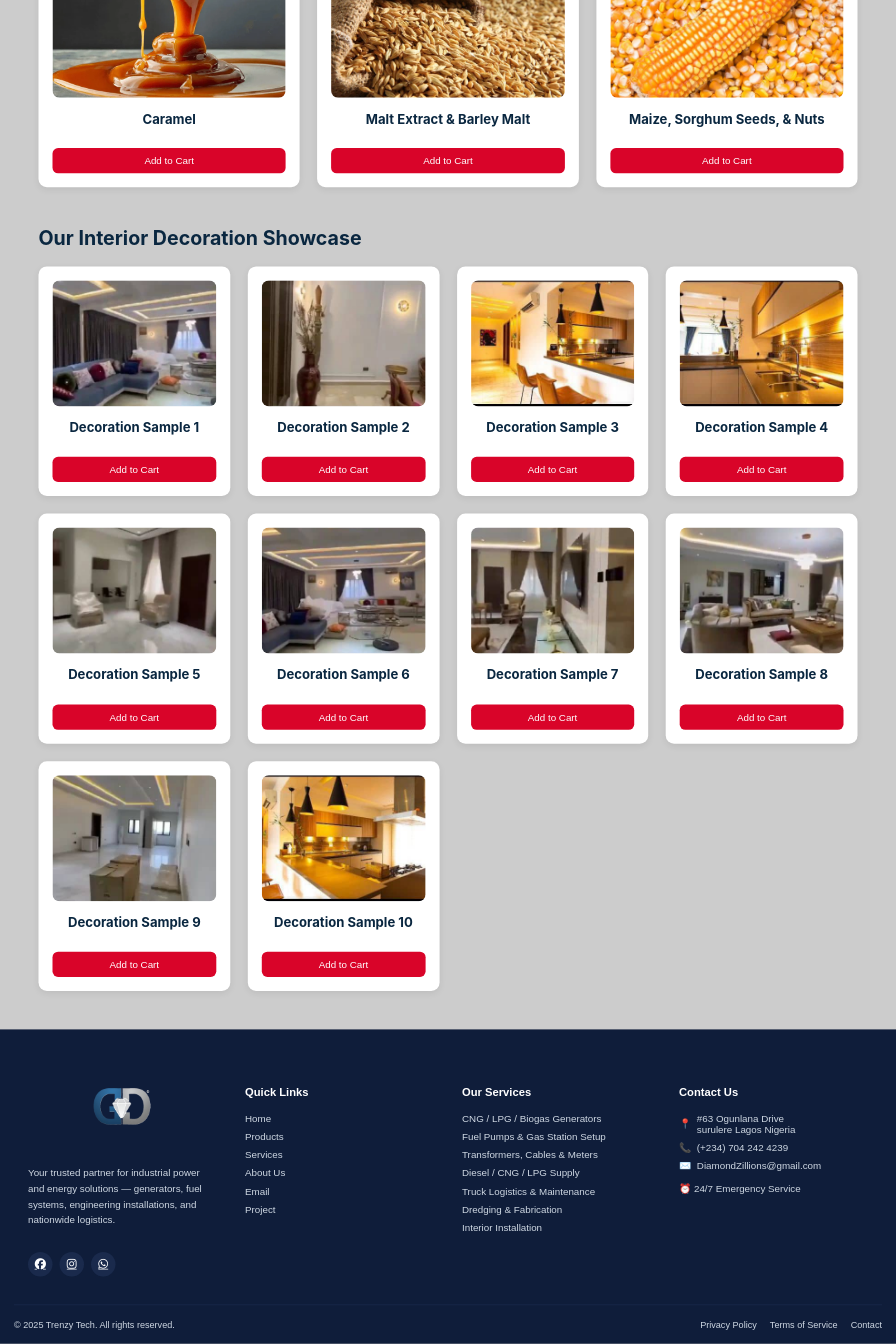
Repository: trenzyfx1/Discover-Diamond-Zillions-Nigeria-Limited
Page: pages/products.html
The author's editor kept a copy of each file at every save. The page is drawn from the files as they stood at one save, then again after the next save.
The browser window is 1280 px wide. The pictures show the part of the page from y = 3401 to 5321 px (the page is 5321 px tall before and 5298 px after), at 70% of full size.

Above is the page before, as saved 2025-12-29 15:38:20.
Console error: TypeError: Cannot read properties of null (reading 'querySelector')

After the next save:
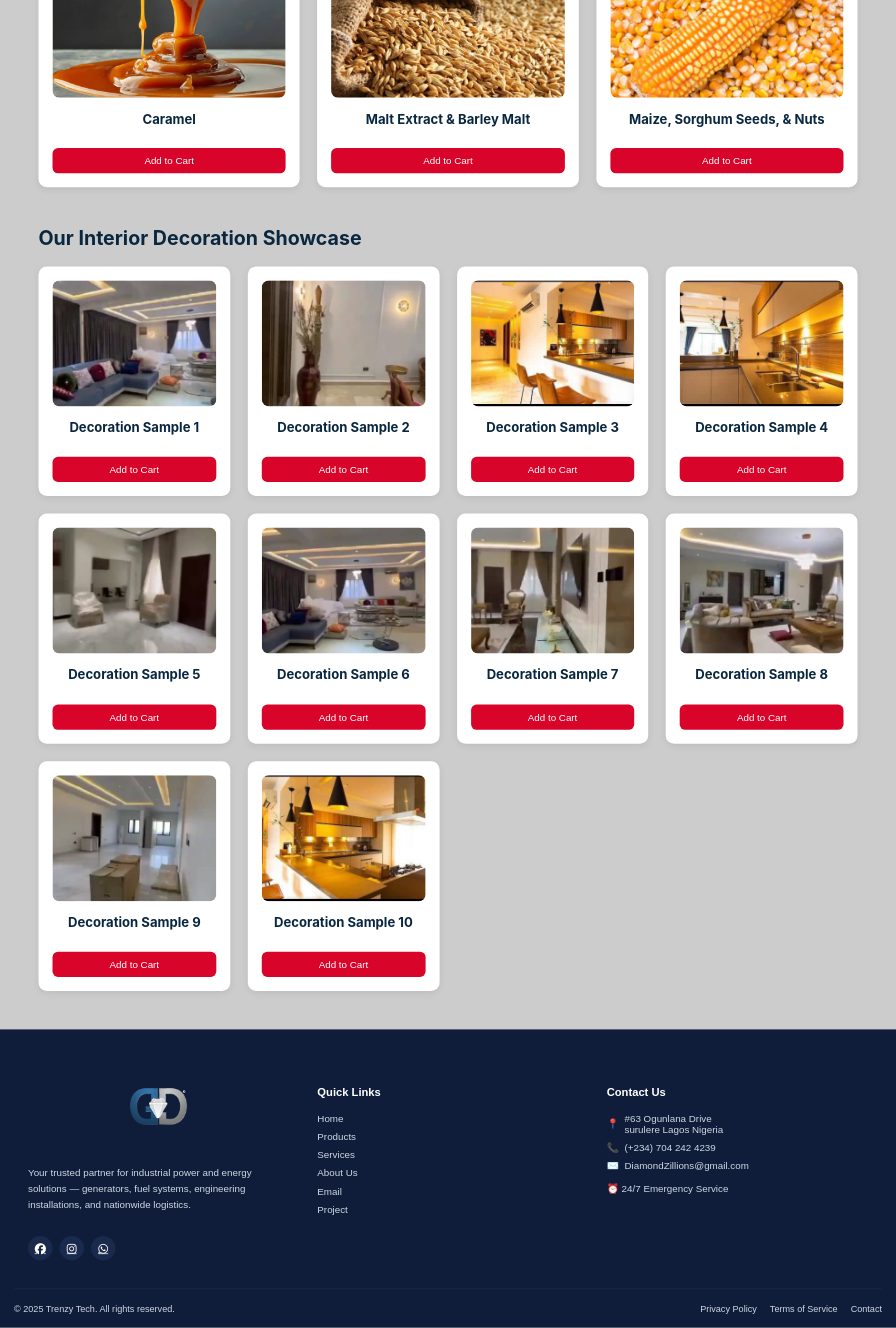
Saved 8 s later.
--- a/pages/products.html
+++ b/pages/products.html
@@ -444,16 +444,7 @@
                 <a href="./project.html">Project</a>
             </nav>
 
-            <div class="footer-services" aria-label="our services">
-                <h4>Our Services</h4>
-                <a href="/">CNG / LPG / Biogas Generators</a>
-                <a href="/">Fuel Pumps & Gas Station Setup</a>
-                <a href="/">Transformers, Cables & Meters</a>
-                <a href="/">Diesel / CNG / LPG Supply</a>
-                <a href="/">Truck Logistics & Maintenance</a>
-                <a href="/">Dredging & Fabrication</a>
-                <a href="/">Interior Installation</a>
-            </div>
+
 
             <div class="footer-contact" aria-label="contact us">
                 <h4>Contact Us</h4>

After the save that followed:
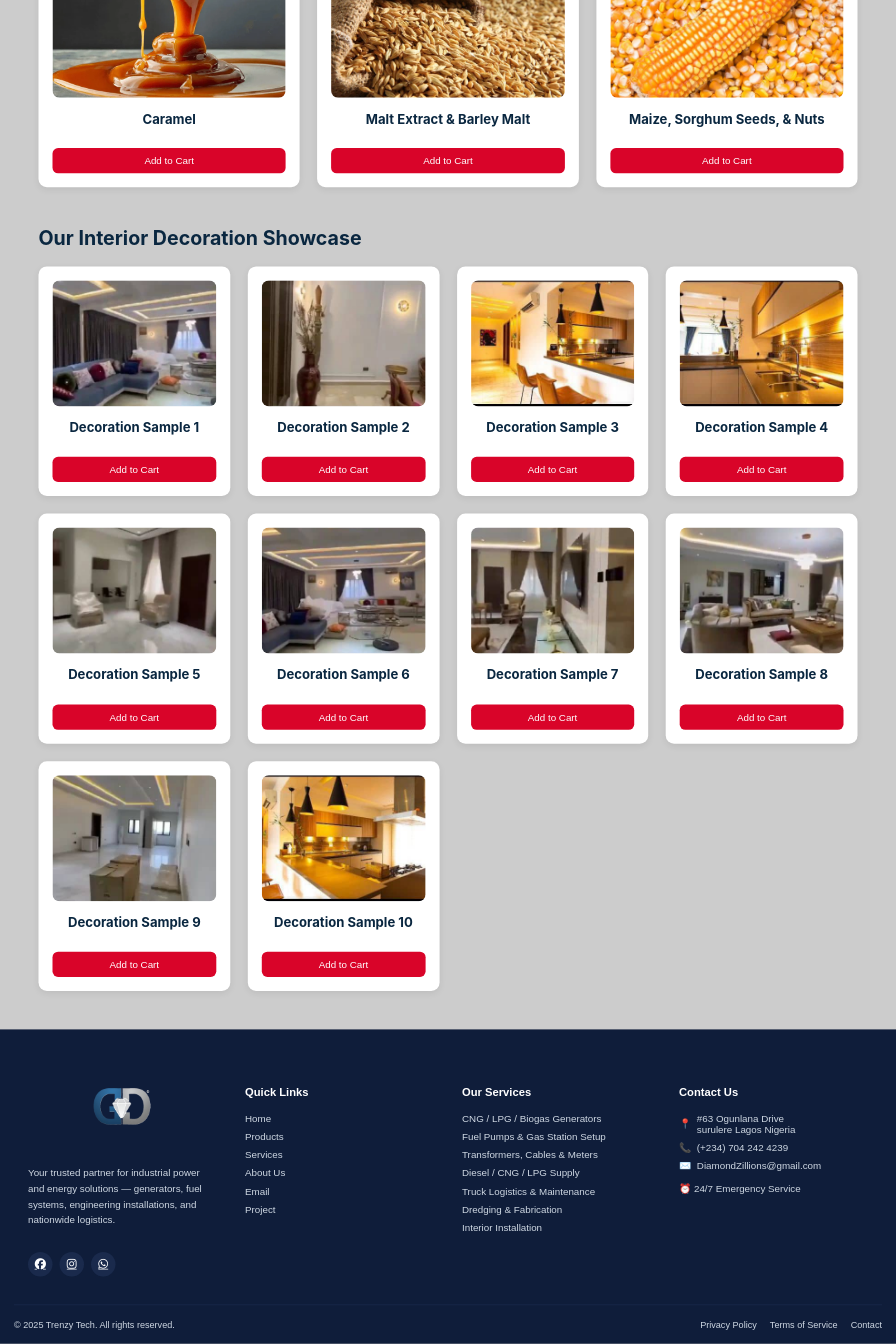
Saved 4 s later.
--- a/pages/products.html
+++ b/pages/products.html
@@ -444,7 +444,16 @@
                 <a href="./project.html">Project</a>
             </nav>
 
-
+            <div class="footer-services" aria-label="our services">
+                <h4>Our Services</h4>
+                <a href="./service.html">CNG / LPG / Biogas Generators</a>
+                <a href="./service.html">Fuel Pumps & Gas Station Setup</a>
+                <a href="./service.html">Transformers, Cables & Meters</a>
+                <a href="./service.html">Diesel / CNG / LPG Supply</a>
+                <a href="./service.html">Truck Logistics & Maintenance</a>
+                <a href="./service.html">Dredging & Fabrication</a>
+                <a href="./service.html">Interior Installation</a>
+            </div>
 
             <div class="footer-contact" aria-label="contact us">
                 <h4>Contact Us</h4>
